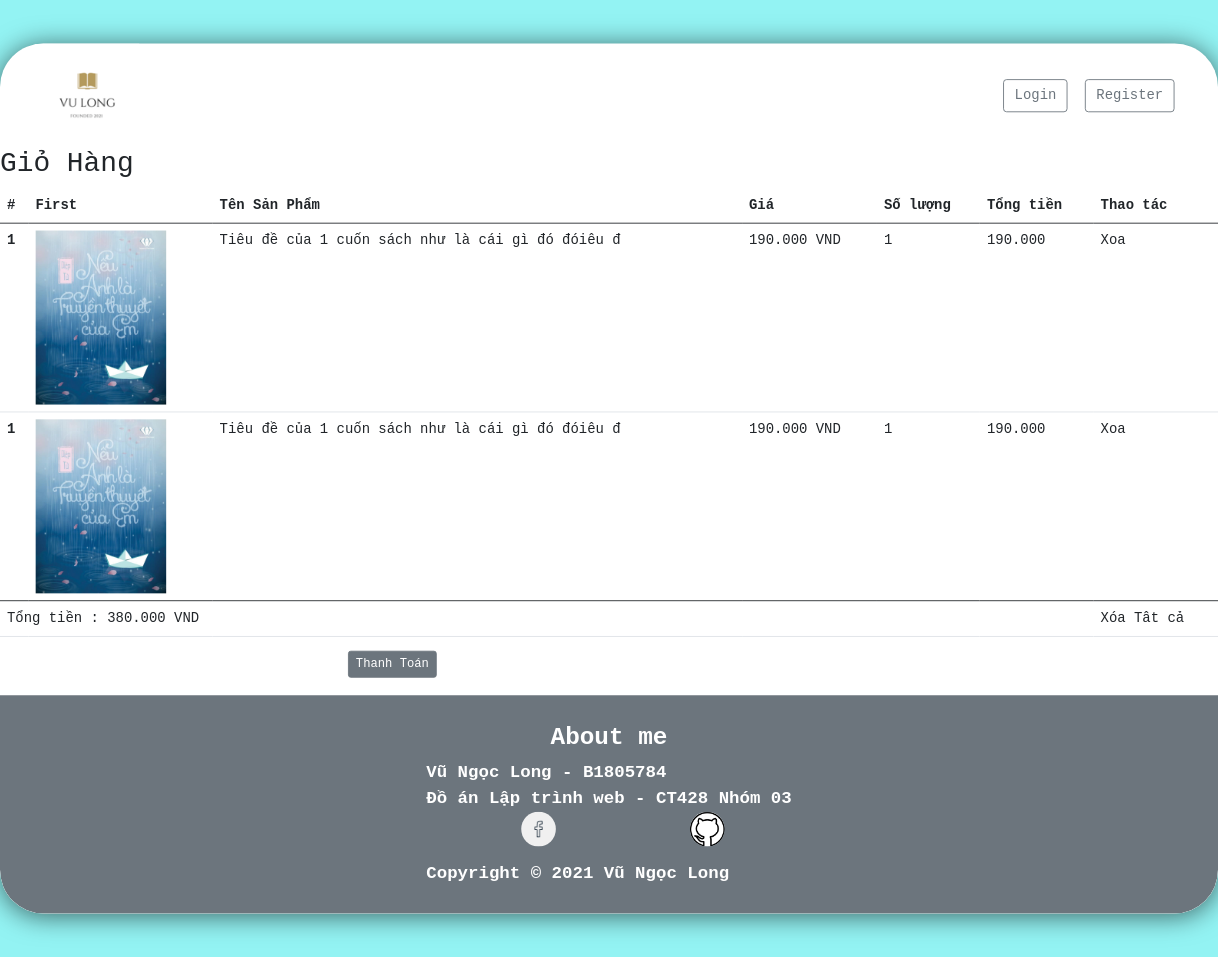
Repository: VuNgocLong2626/exercise_web_CT428
Page: VuNgocLongB1805784/user/giohang.html
An editor plug-in stored every save of this project. The page is shown before and after the next save, followed by the edit.
The browser window is 1280 px wide. The page is 1400 px wide, so the pictures cover 1400 px, including what lies to the right of the window. The pictures show the whole page, at 87% of full size.

Above is the page before, as saved 2021-10-05 14:37:42.

After the next save:
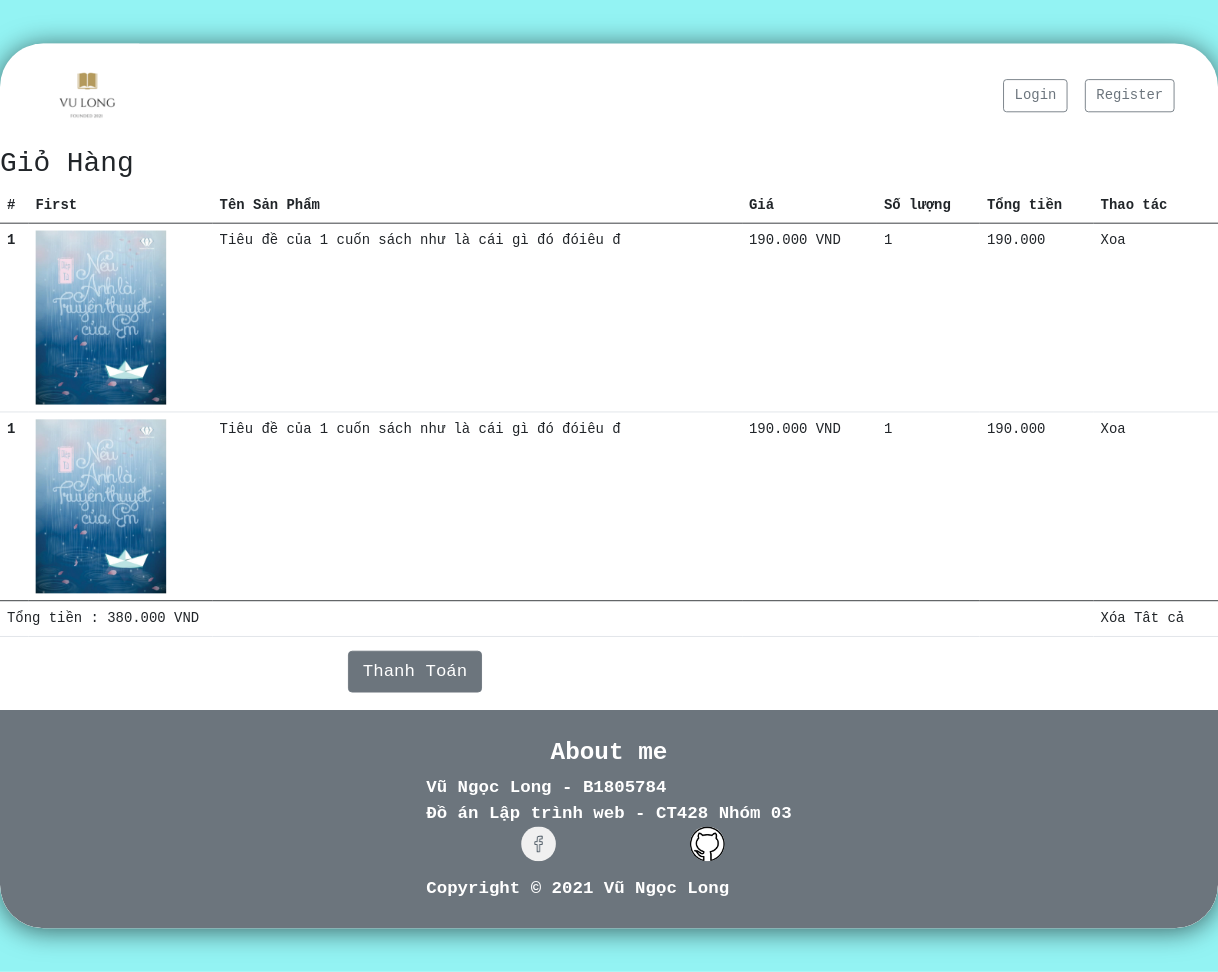
Saved 7 s later.
--- a/VuNgocLongB1805784/user/giohang.html
+++ b/VuNgocLongB1805784/user/giohang.html
@@ -57,7 +57,7 @@
                     <td>Xóa Tât cả</td>
                 </tr>
             </table>
-            <a href="#" class="btn btn-secondary btn-sm" style="margin-left: 400px;">Thanh Toán</a>
+            <a href="#" class="btn btn-secondary btn-lg" style="margin-left: 400px;">Thanh Toán</a>
         </div>
 
         <footer>
